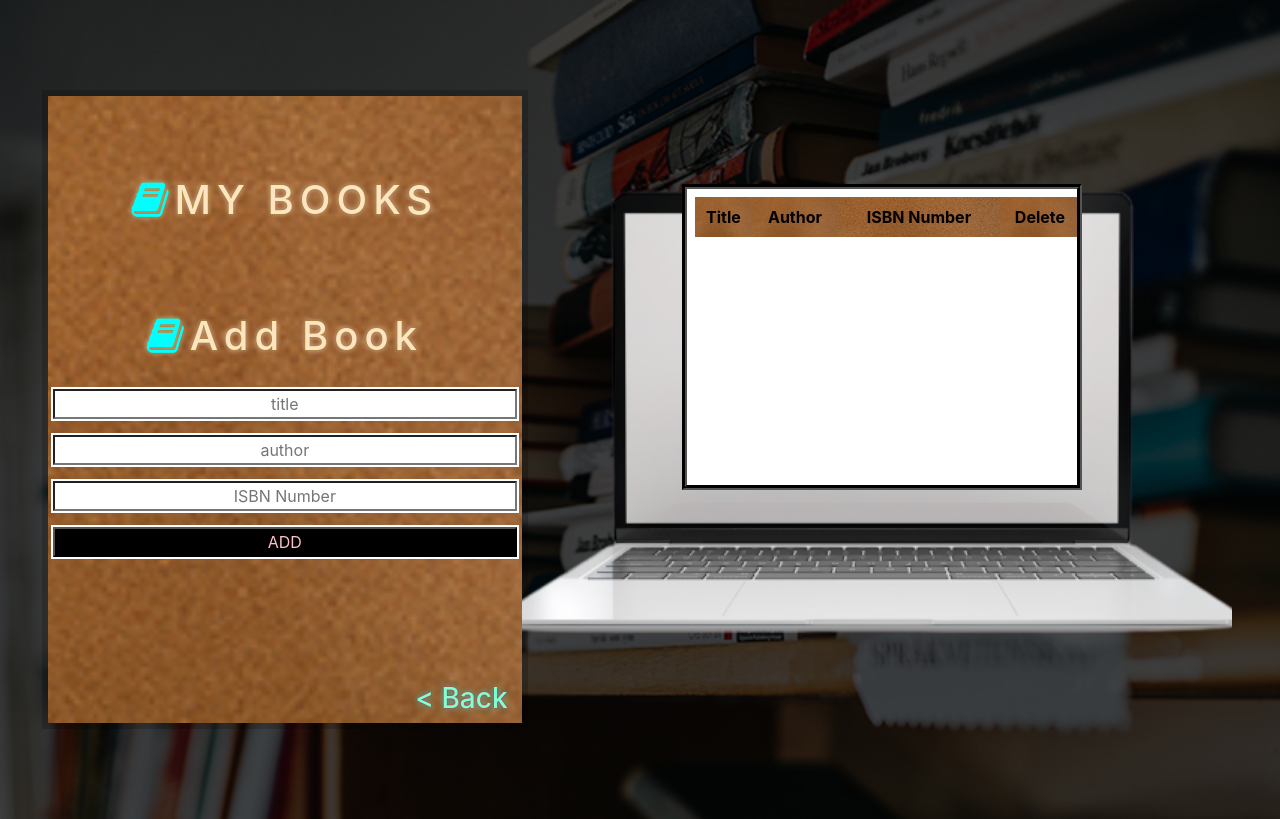
Repository: CSituma/Home-Library-App
Page: libu.html
An editor plug-in stored every save of this project. The page is shown before and after the next save, followed by the edit.
The browser window is 1280 px wide. The pictures show the whole page.
Backgrounds fixed to the window are drawn as part of the page. Some web libraries are served in a nearby version.

Above is the page before, as saved 2020-11-10 21:27:49.

After the next save:
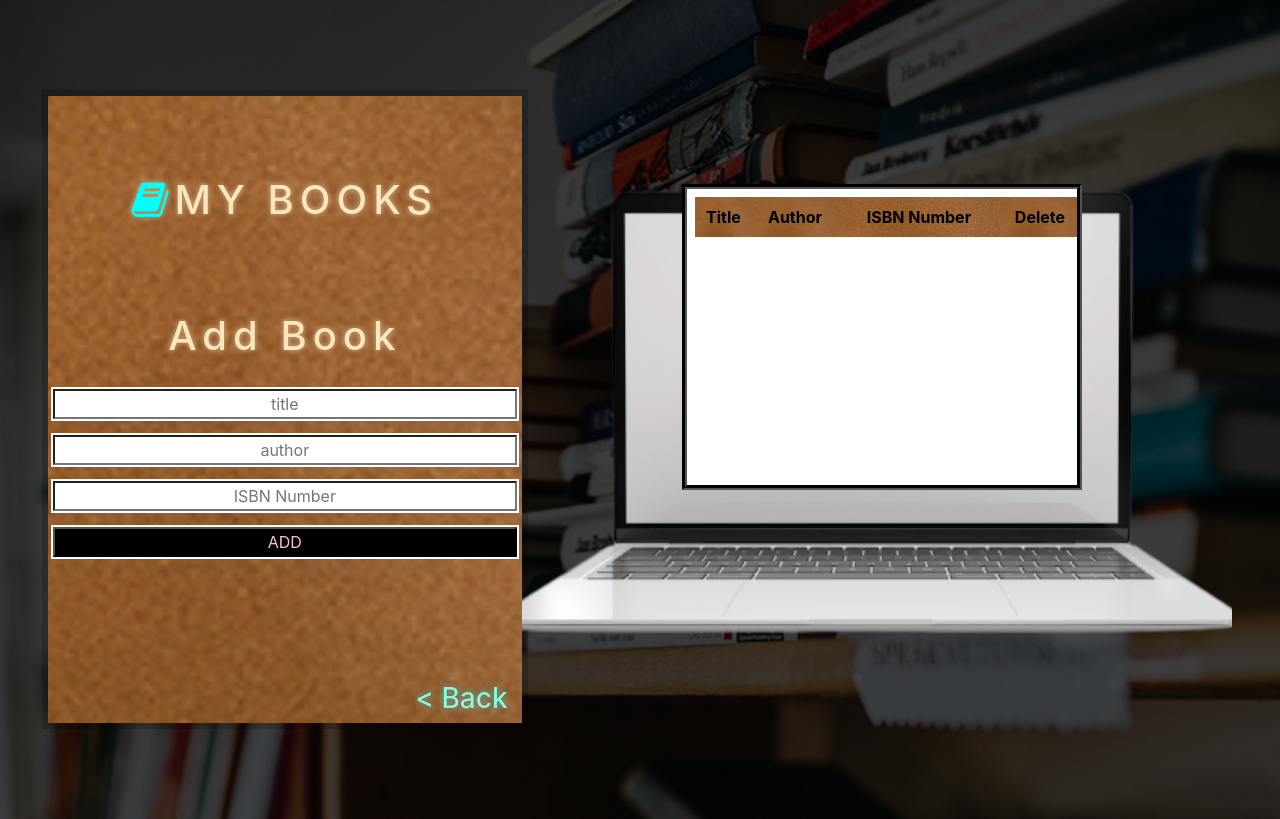
Saved 14 s later.
--- a/libu.html
+++ b/libu.html
@@ -15,7 +15,7 @@
         <div class="js">
 
             <h1><i class="fa fa-book"></i>MY BOOKS</h1>
-            <h1><i class="fa fa-book"></i>Add Book</h1>
+            <h1>Add Book</h1>
             <form id="form">
                 <input type= "text" id= "title"  placeholder="title">
                 <input type= "text" id= "author" placeholder="author" >
